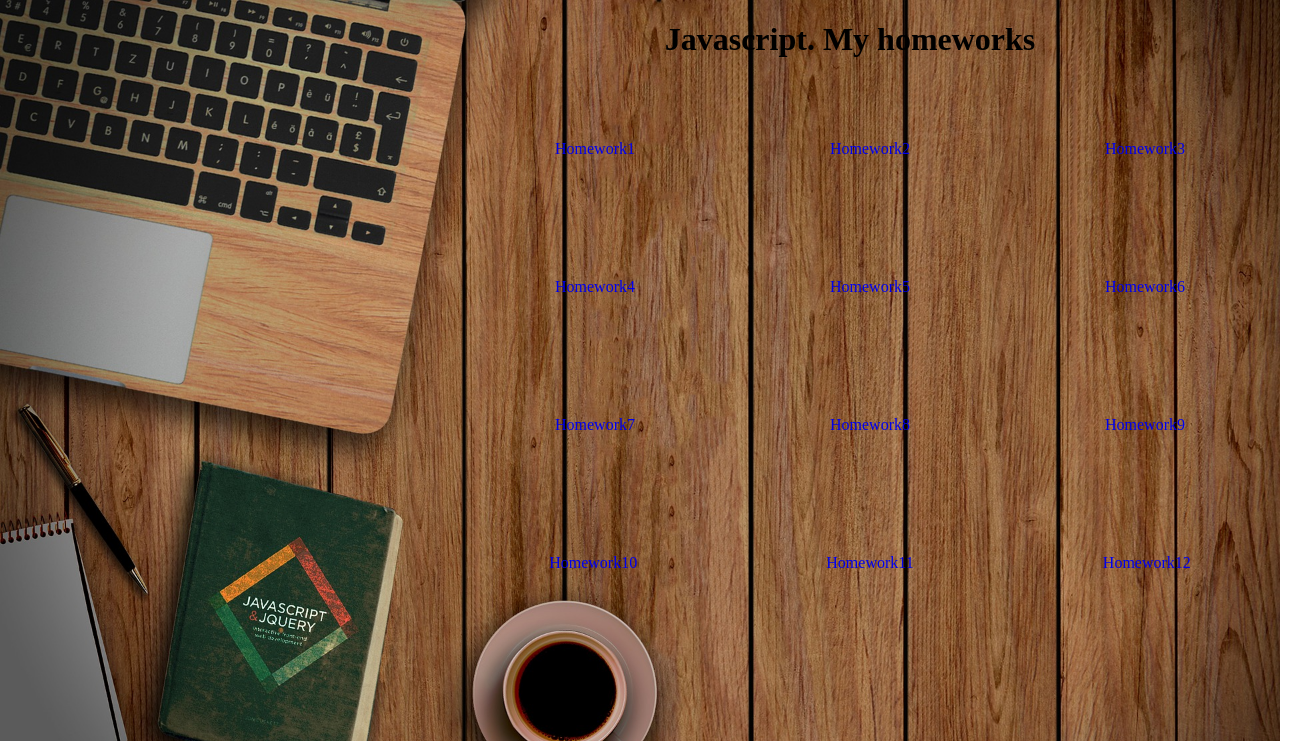
Repository: mariiastetsko/cursor-js-hw
Page: index.html
An editor plug-in stored every save of this project. The page is shown before and after a run of saves, followed by the edit.
The browser window is 1280 px wide. The page is 1300 px wide, so the pictures cover 1300 px, including what lies to the right of the window. The pictures show the whole page.

Above is the page before, as saved 2020-07-22 20:07:07.

After the next 4 saves:
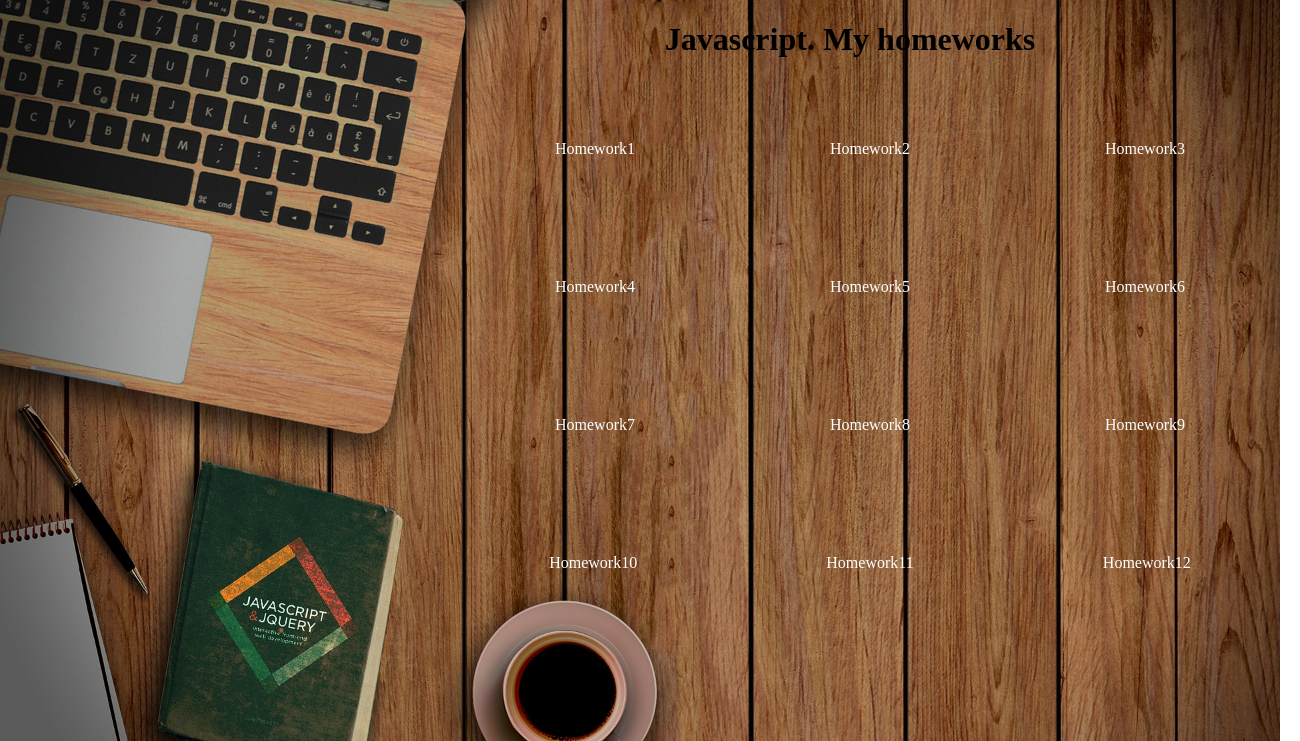
The 4 saves are shown as one change because they came seconds apart.
The last was saved 31 s later.
--- a/style.css
+++ b/style.css
@@ -27,6 +27,8 @@ li, a {
     text-decoration: none;
     padding: 30px 10px;
     margin: 30px 30px;
+    color: #FFF;
+
 }
 
 .homeworks {
